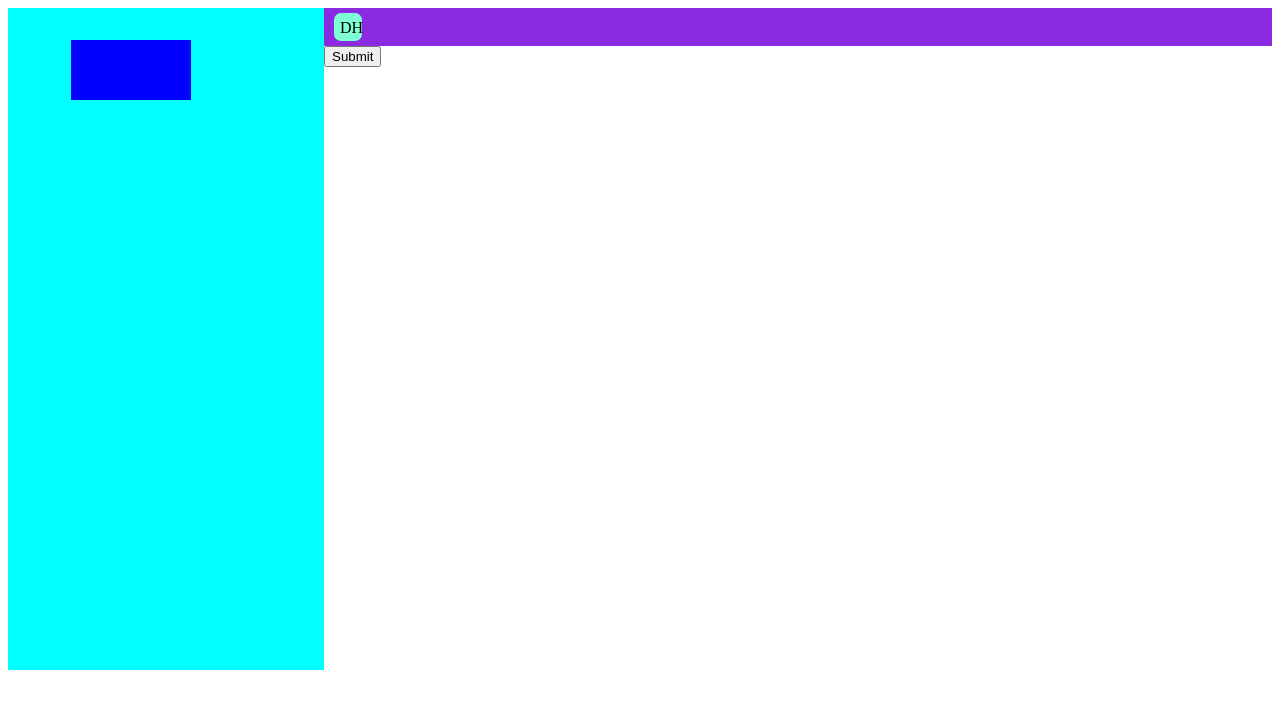
Repository: tr2cky/barrage
Page: index.html
The author's editor kept a copy of each file at every save. The page is drawn from the files as they stood at one save, then again after a run of saves.
The browser window is 1280 px wide. The pictures show the whole page.

Above is the page before, as saved 2022-10-03 13:44:19.

After the next 4 saves:
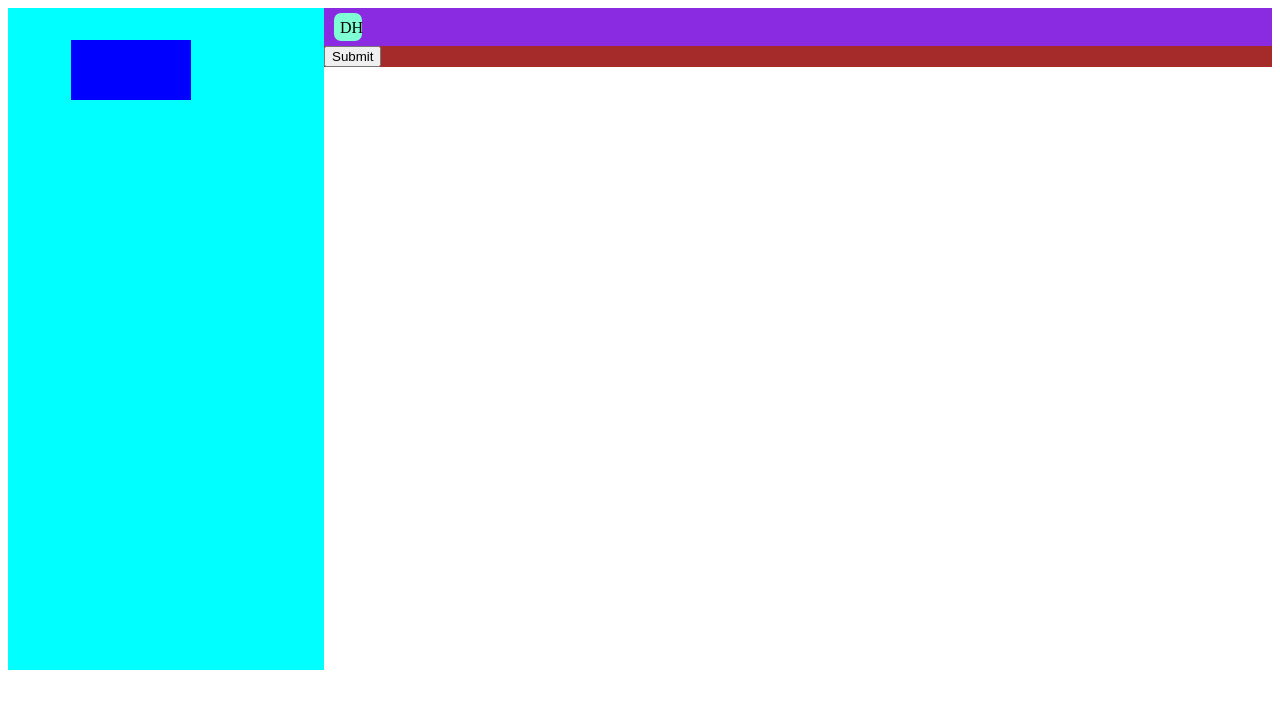
The 4 saves are shown as one change because they came seconds apart.
The last was saved 10 s later.
--- a/style.css
+++ b/style.css
@@ -31,5 +31,6 @@ main {
     border-radius: 25%;
 }
 main article {
+    background-color: brown;
 
 }
